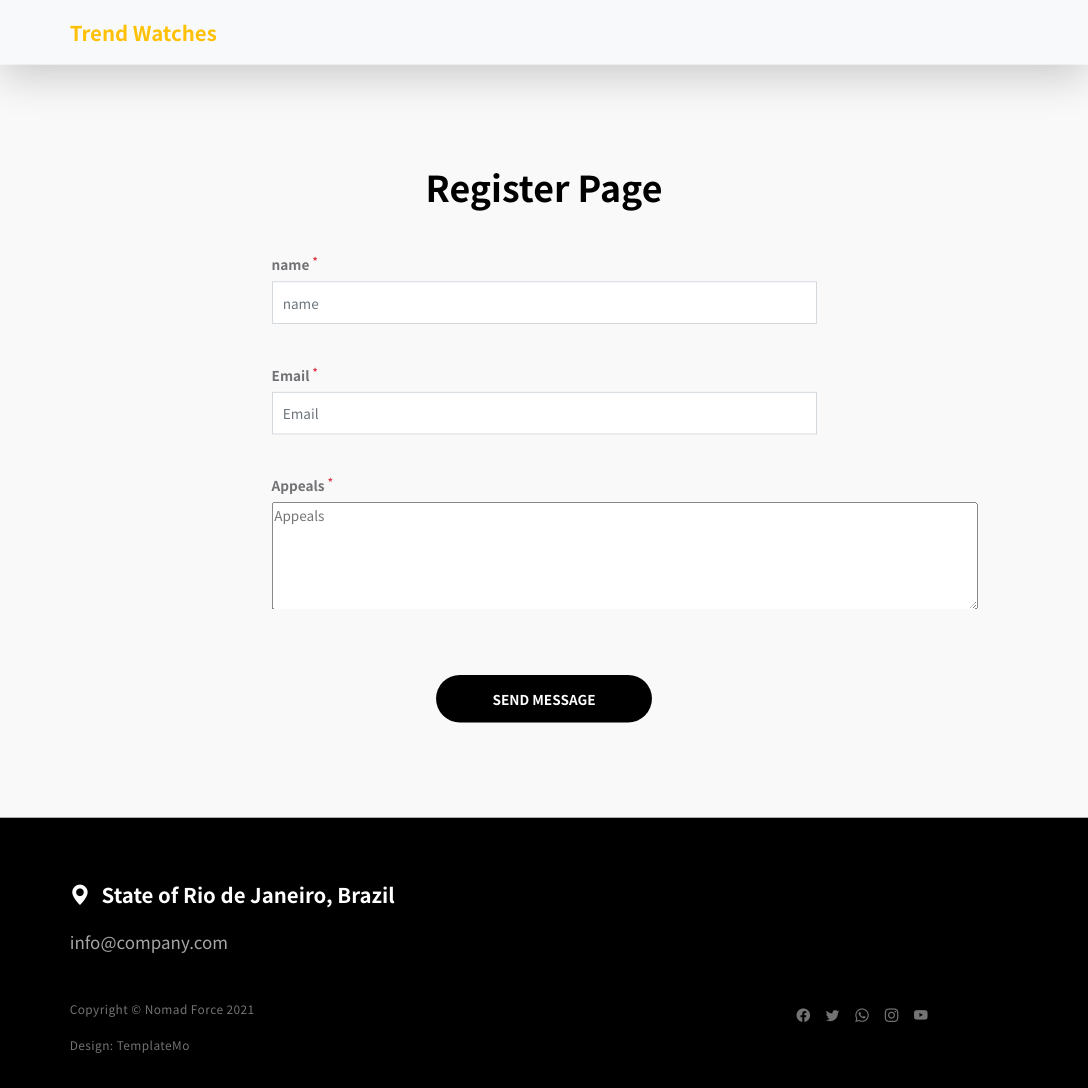
Repository: maqsudov0371/homework
Page: http://localhost/appeals
An editor plug-in stored every save of this project. The page is shown before and after the next save, followed by the edit.
The browser window is 1280 px wide. The pictures show the whole page, at 85% of full size.
The page is served by the project's application, run on Django 5.2 (manage.py).

Above is the page before, as saved 2024-07-13 15:56:41.

After the next save:
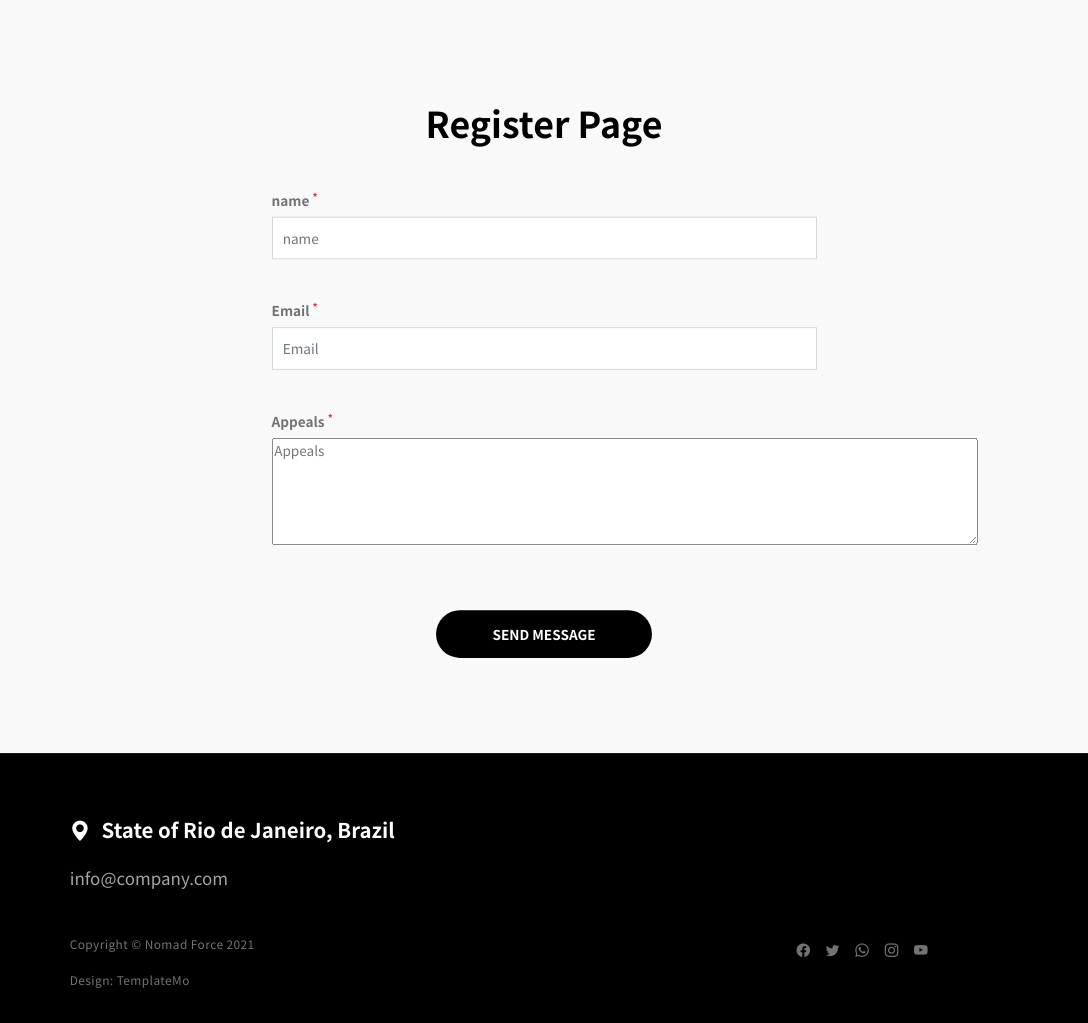
Saved 66 s later.
--- a/templates/appeals.html
+++ b/templates/appeals.html
@@ -37,21 +37,6 @@ https://templatemo.com/tm-567-nomad-force
     <body>
 
         <main>
-
-
-
-            <nav class="navbar navbar-expand-lg bg-light shadow-lg">
-                <div class="container">
-                    <a class="navbar-brand" href="index.html">
-                        <strong>Trend Watches</strong>
-                    </a>
-
-                    <button class="navbar-toggler" type="button" data-bs-toggle="collapse" data-bs-target="#navbarNav" aria-controls="navbarNav" aria-expanded="false" aria-label="Toggle navigation">
-                        <span class="navbar-toggler-icon"></span>
-                    </button>
-
-                </div>
-            </nav>
 
 
 

After the save that followed:
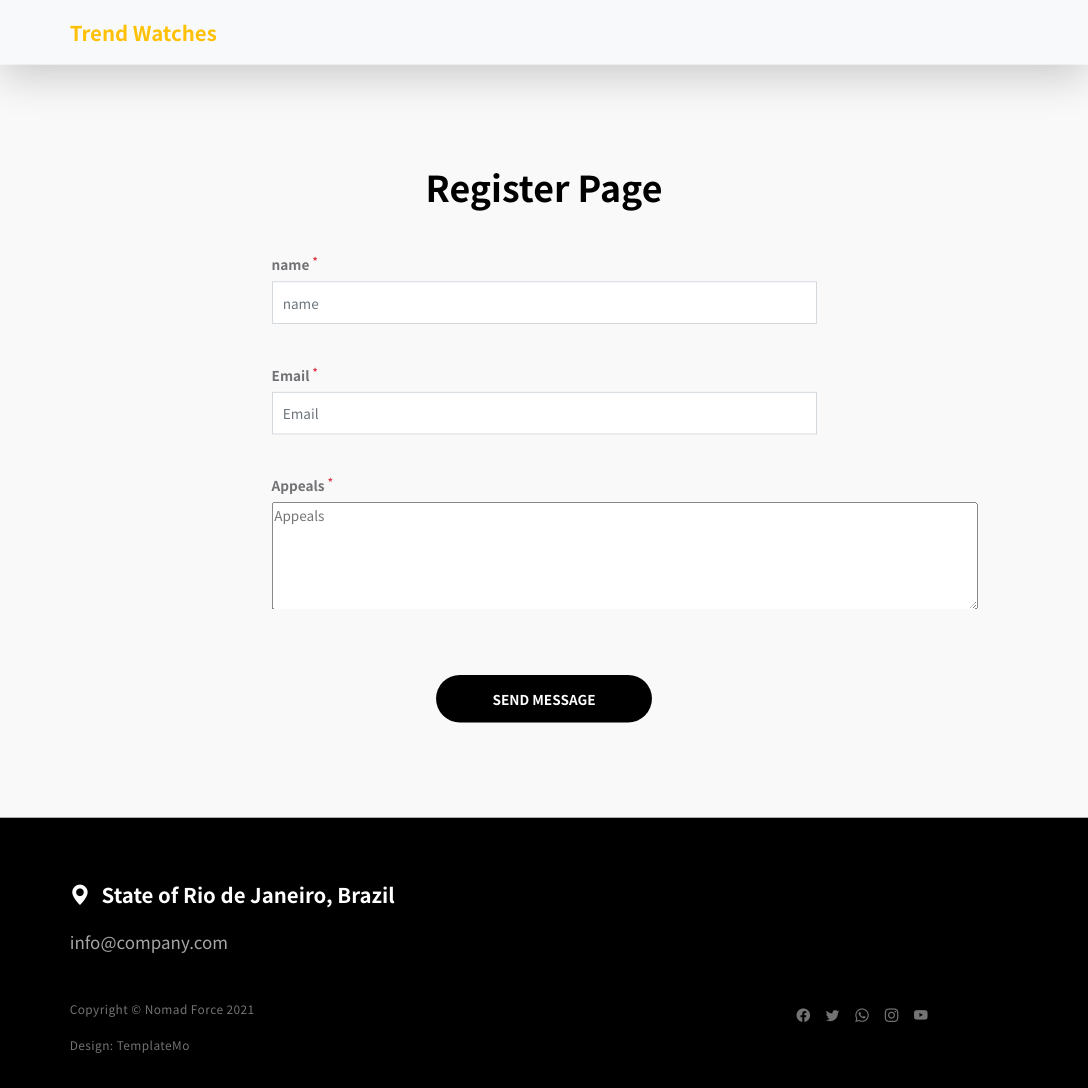
Saved 8 s later.
--- a/templates/appeals.html
+++ b/templates/appeals.html
@@ -37,6 +37,21 @@ https://templatemo.com/tm-567-nomad-force
     <body>
 
         <main>
+
+
+
+            <nav class="navbar navbar-expand-lg bg-light shadow-lg">
+                <div class="container">
+                    <a class="navbar-brand" href="index.html">
+                        <strong>Trend Watches</strong>
+                    </a>
+
+                    <button class="navbar-toggler" type="button" data-bs-toggle="collapse" data-bs-target="#navbarNav" aria-controls="navbarNav" aria-expanded="false" aria-label="Toggle navigation">
+                        <span class="navbar-toggler-icon"></span>
+                    </button>
+
+                </div>
+            </nav>
 
 
 
